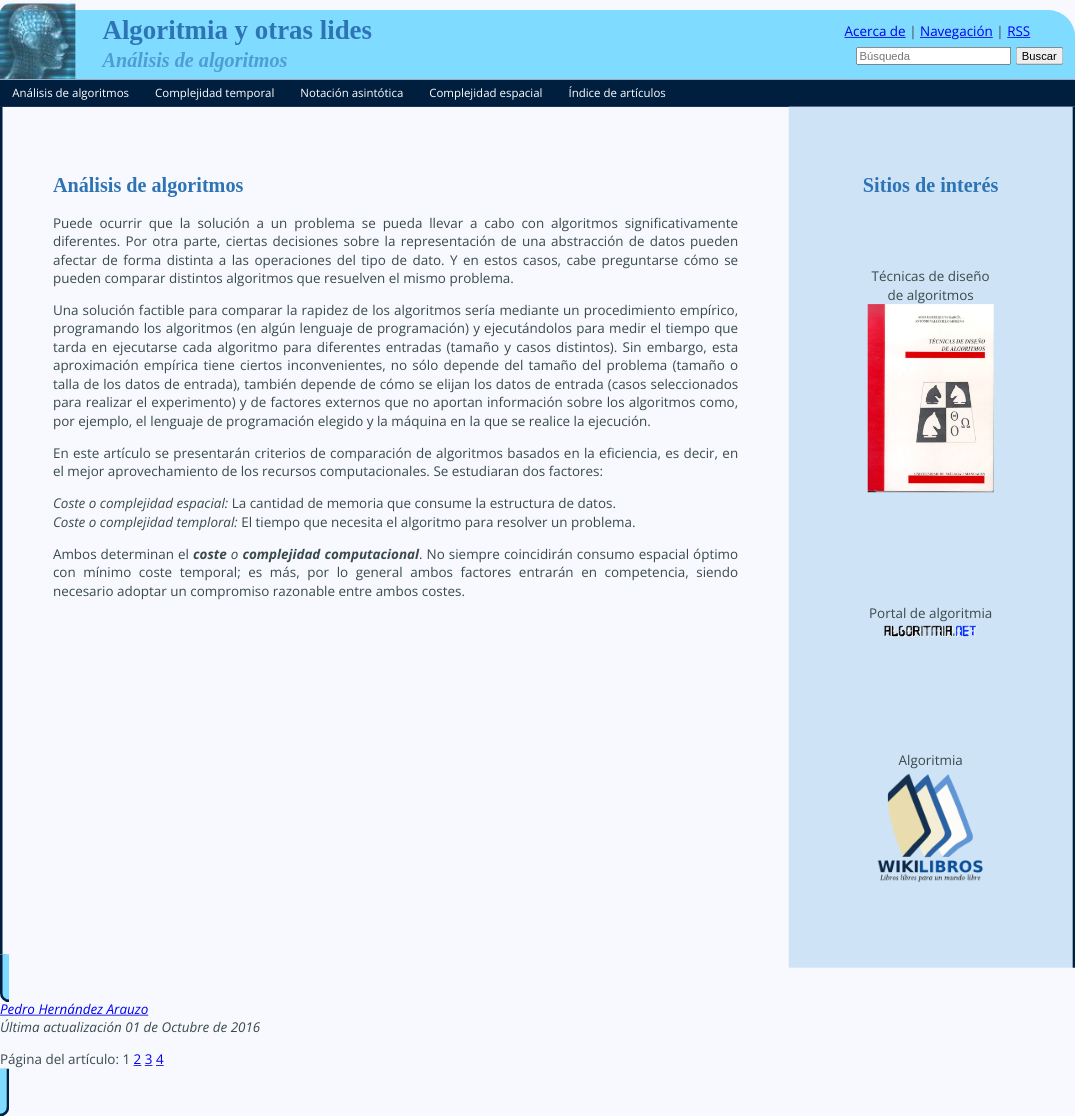
Repository: dgsama/Curso17
Page: SEW/WorkSpace/Practica04/index.html
The author's editor kept a copy of each file at every save. The page is drawn from the files as they stood at one save, then again after the next save.
The browser window is 1280 px wide. The pictures show the whole page, at 84% of full size.
Some web fonts or font styles are not loaded; a fallback is used.

Above is the page before, as saved 2016-10-26 09:55:31.

After the next save:
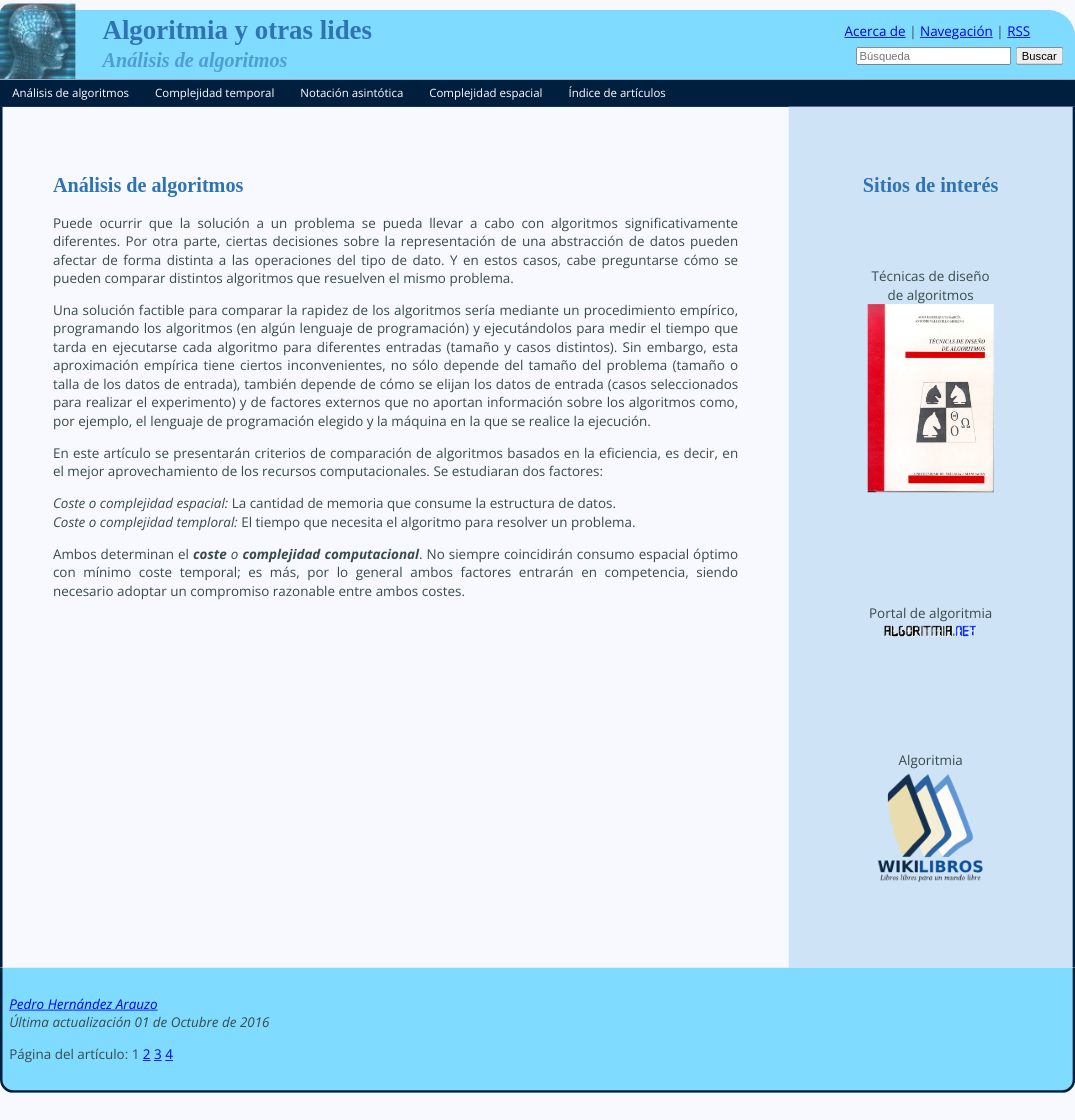
Saved 8 s later.
--- a/SEW/WorkSpace/Practica04/estilo.css
+++ b/SEW/WorkSpace/Practica04/estilo.css
@@ -292,5 +292,4 @@
 }
 
 footer{
-    display: inline;
-}
+}
